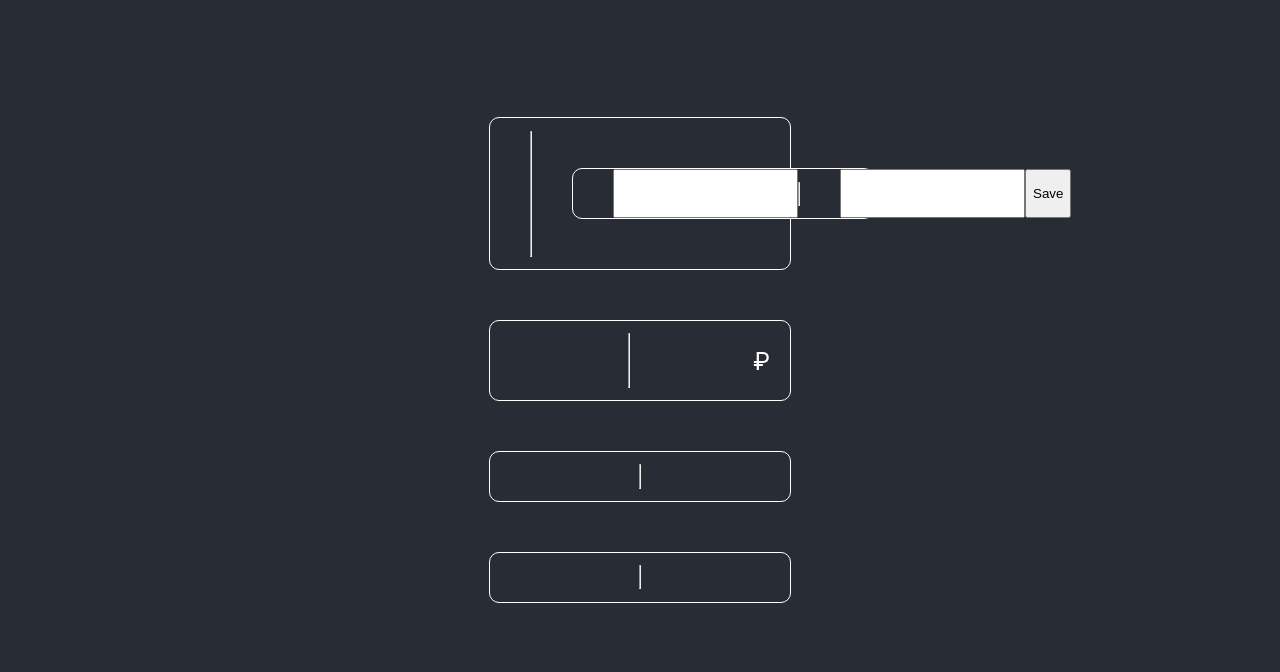
Repository: bandikost/capers
Page: /main
The author's editor kept a copy of each file at every save. The page is drawn from the files as they stood at one save, then again after the next save.
The browser window is 1280 px wide. The pictures show the whole page.
The page's requests for data from a server got no answer. The project was rebuilt for these pictures with package versions that can differ from the ones it lists, and the page was loaded fresh each time. No one was signed in, and anything a server would have sent is missing.

Above is the page before, as saved 2023-04-10 12:31:24.

After the next save:
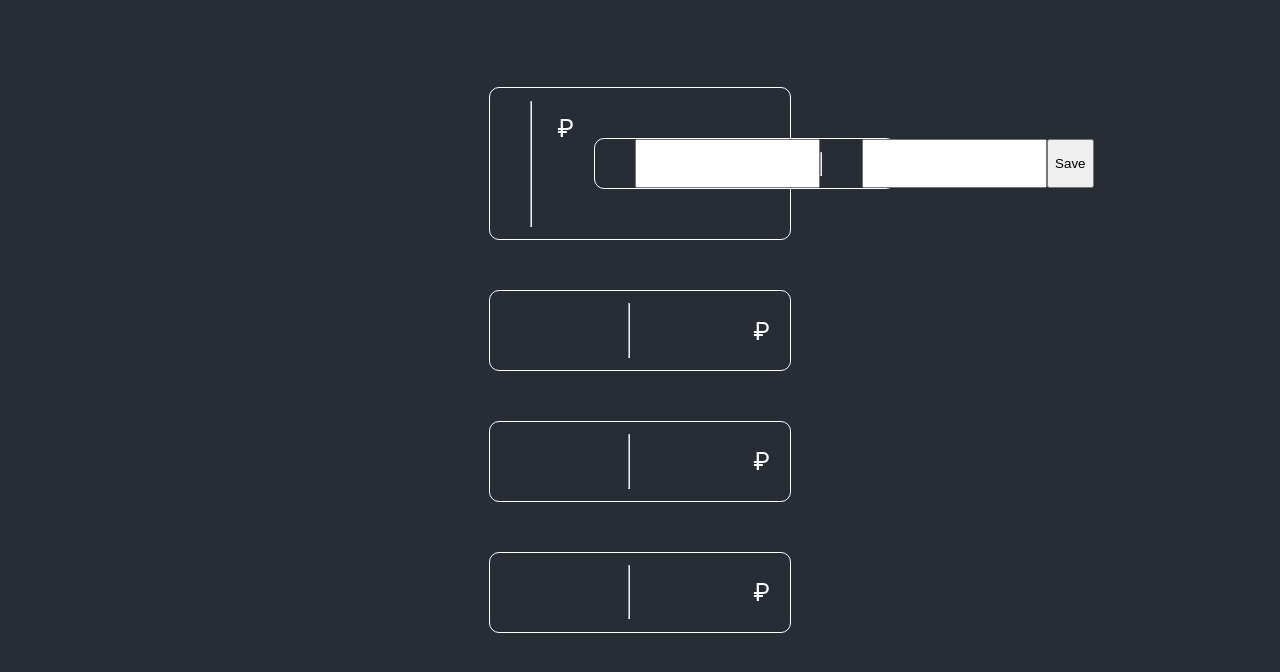
Saved 11 s later.
--- a/src/components/Main.jsx
+++ b/src/components/Main.jsx
@@ -38,7 +38,7 @@ export const Main = () => {
       <div className="cell">
         <p>{name.user1}</p>
         <hr />
-        <p>{balance.user1}</p>
+        <p>{balance.user1}<span style={{marginLeft: "5px"}}>₽</span></p>
         <UserEditForm userId="user1" name={name.user1} balance={balance.user1} />
       </div>
       <div className="cell">
@@ -49,12 +49,12 @@ export const Main = () => {
       <div className="cell">
         <p>{name.user3}</p>
         <hr />
-        <p>{balance.user3}</p>
+        <p>{balance.user3}<span style={{marginLeft: "5px"}}>₽</span></p>
       </div>
       <div className="cell">
         <p>{name.user4}</p>
         <hr />
-        <p>{balance.user4}</p>
+        <p>{balance.user4}<span style={{marginLeft: "5px"}}>₽</span></p>
 
         </div>
         </div>
